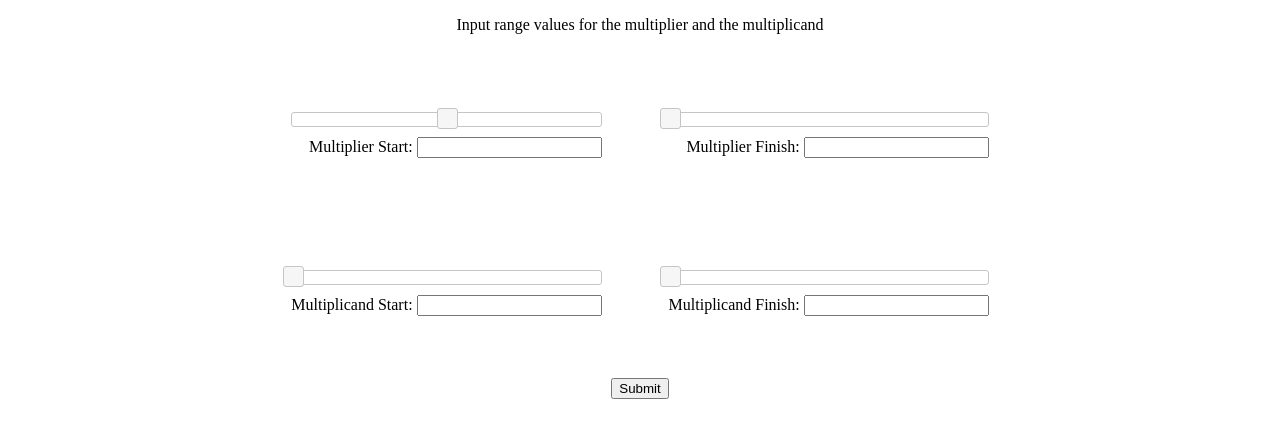
Repository: khrasna/HW4Part2
Page: index.html
An editor plug-in stored every save of this project. The page is shown before and after the next save, followed by the edit.
The browser window is 1280 px wide. The pictures show the whole page.
Some web libraries are served in a nearby version.

Above is the page before, as saved 2021-11-14 19:27:25.

### index.html
<!-- HTML file for Assignment 3
By Karsten Hrasna  email Karsten_Hrasna@student.uml.edu-->
<!DOCTYPE html>
<html>

<head>
    <title>Multiplication Table</title>
    <link rel="stylesheet" href="style.css">
    <script type="text/javascript" src="https://ajax.googleapis.com/ajax/libs/jquery/3.5.1/jquery.min.js"></script>
    <script type="text/javascript" src="dist/jquery.validate.min.js"></script>
    <script type="text/javascript" src="formvalidate.js"></script>
    <script type="text/javascript" src="https://ajax.googleapis.com/ajax/libs/jqueryui/1.11.4/jquery-ui.min.js"></script>
    <link rel="stylesheet" href="https://ajax.googleapis.com/ajax/libs/jqueryui/1.11.4/themes/smoothness/jquery-ui.css">
</head>

<body>
    <p>Input range values for the multiplier and the multiplicand</p>
    <div id="container">
        <!-- Learned from W3schools. Creates a form which takes number ranges for multiplier and multiplicand. -->

        <form id="FormInput" action="javascript:void(0);" method="get"> <!--Learned about javascript:void(0) from Dutchie432 at https://stackoverflow.com/questions/1818249/form-with-no-action-and-where-enter-does-not-reload-page-->
            <table>
                <tr>

                    <td class="pad">
                        <div id="slider-1"></div>
                        Multiplier Start: <input input="text" name="MultiplierStart">
                    </td>

                    <td>
                        <div id="slider-2"></div>
                        Multiplier Finish: <input type="text" name="MultiplierFinish">
                    </td>
                </tr>
                <tr>
                    <td class="pad">
                        <div id="slider-3"></div>
                        Multiplicand Start: <input type="text" name="MultiplicandStart">
                    </td>

                    <td>
                        <div id="slider-4"></div>
                        Multiplicand Finish: <input type="text" name="MultiplicandFinish">
                    </td>
                </tr>
            </table>
            <input type="submit" value="Submit"> <!--goes directly under form and processes the input to create a mult table-->
        </form>
    </div>


</body>

</html>

### style.css
/*Created by Karsten Hrasna. email: Karsten_Hrasna@student.uml.edu*/
html,
body {
    height: 97%;
    text-align: center;
}

#slider-1,
#slider-2,
#slider-3,
#slider-4 {
    margin-bottom: 10px;
    margin-top: 10px;
}

div#container {
    display: grid;
    grid-template-columns: 100%;
    /* top row of grid holds the form for input, the rest of page holds the multiplication table*/
    grid-template-rows: minmax(90px, 15%) auto;
    height: 97%;

}

#multTable {
    margin: auto;
    border-collapse: separate;
    border-spacing: 0;
    grid-row: 2;
    /*the dynamically sized multiplication table */
    margin-top: 0px;
    border-bottom: 0px;

}

input[type=submit] {
    /* submit button under form spaced here */
    margin-top: 10px;
    margin-bottom: 0px;
}

#multTable td,
th {
    border: solid;
    border-color: black;
    min-width: 70px;
    font-size: 30px;
    height: 70px;
}


#multTable th {
    position: sticky;
    top: 0px;
    border-right: solid;
    border-right-color: white;
    border-bottom: solid;
    border-bottom-color: white;
    background-color: black;
    color: white;

}

#multTable th:first-child {
    position: sticky;
    top: 70px;
    left: 0;
}


.sticky {
    position: fixed;
    top: 0px;
    /* get the headers to stay fixed on mult table */
    width: 100%;
}

#multTable tr:first-child th:first-child {
    border: none;
    background-color: white;
}

#multTable p.inputError {
    margin: 0px;
}

form {
    grid-row: 1;
    margin-bottom: 0px;
}

table {
    margin-left: auto;
    margin-right: auto;
}

form td {
    text-align: right;
    justify-content: right;
    padding: 50px;

    /*line up the input form textboxes*/
}

form p {
    margin: 0px;
}

td.pad {
    padding-right: 15px;
}

### formvalidate.js
$(function () {

    $("#slider-1").slider({
        min: -50,
        max: 50,
        slide: function (event, ui) {
            $('input[name="MultiplierStart"]').val(ui.value);
            console.log(ui.value);
            console.log($('input[name="MultiplierStart"]').value);
        }
    });
    $("#slider-2").slider();
    $("#slider-3").slider();
    $("#slider-4").slider();



    $.validator.addMethod("less", function (value, element, params) {
        return this.optional(element) || value <= params[0].value; //checks to make sure that the starts are less than the finishes, learned from
    });                                                           // https://jqueryvalidation.org/jQuery.validator.addMethod/

    var valid = $('input[value="Submit"]').on("click", function () {
        $("#multTable").remove();

        $("#FormInput").validate({
            onkeyup: false,     //this makes it so the validator doesnt update the error messages whenever new input is typed. only validates when submit is hit.
            onfocusout: false,  //learned about onkeyup, and onfocusout at https://www.sitepoint.com/jquery-validation-validate-form-submit/
            rules: {
                MultiplierStart: {
                    digits: true,
                    less: $('input[name="MultiplierFinish"]'),
                    required: true,
                    range: [-50, 50]
                },
                MultiplierFinish: {
                    required: true,
                    digits: true,
                    range: [-50, 50]
                },

                MultiplicandStart: {
                    digits: true,
                    less: $('input[name="MultiplicandFinish"]'),
                    required: true,
                    range: [-50, 50]
                },

                MultiplicandFinish: {
                    digits: true,
                    required: true,
                    range: [-50, 50]
                }
            },

            messages: {
                MultiplierStart: {
                    digits: "Multiplier Start must be a digit",
                    required: "Multiplier Start must be a digit between -50 and 50",
                    range: "The range of Multiplier Start must stay within -50 and 50",
                    less: "The value of Multiplier Start must be less than or equal to Multiplier Finish."
                },

                MultiplierFinish: {
                    digits: "Multiplier Finish must be a digit",
                    required: "Multiplier Finish must be a digit between -50 and 50",
                    range: "The range of Multiplier Finish must stay within -50 and 50",
                },

                MultiplicandStart: {
                    digits: "Multiplicand Start must be a digit",
                    required: "Multiplicand Start must be a digit between -50 and 50",
                    range: "The range of Multiplicand Start must stay within -50 and 50",
                    less: "The value of Multiplicand Start must be less than or equal to Multiplicand Finish."
                },

                MultiplicandFinish: {
                    digits: "Multiplicand Finish must be a digit",
                    required: "Multiplicand Finish must be a digit between -50 and 50",
                    range: "The range of Multiplicand Finish must stay within -50 and 50",
                }
            },

            errorPlacement: function (error, element) {
                $(error).appendTo($(('#FormInput')));
            },
            errorElement: "p"

        });

        if ($("#FormInput").valid()) {
            process();
        }

    });

});

function process() {
    debugger;
    var multStart = $('input[name="MultiplierStart"]').val();
    var multFinish = $('input[name="MultiplierFinish"]').val();
    var multiplicandStart = $('input[name="MultiplicandStart"]').val();
    var multiplicandFinish = $('input[name="MultiplicandFinish"]').val();


    if (document.getElementById("multTable")) { //remove old table
            var old = document.getElementById("multTable");
            old.remove();
    };

     //clear old table and create a table with size based on input given
        const top = [];
        const left = []; //these will hold the values of the multiplier and multiplicand
        var rows = multFinish - multStart;
        var cols = multiplicandFinish - multiplicandStart;
        var d = document.getElementById("container");
        for (var i = 0; i <= rows; i++) {
            left[i] = (+multiplicandStart + +i); //the + before variable name turns them into integers for addition
        }
        for (var i = 0; i <= cols; i++) {
            top[i] = (+multStart + +i);
        }
        var table = createTable(rows, cols, top, left); //create table based on total rows and cols, and top and left are the sets of multipliers and multiplicands
        table.id = "multTable";
        d.append(table);
}

function createTable(rows, cols, top, left) {
    var t = document.createElement('table');
    for (var x = 0; x <= rows + 1; x++) { // rows and cols + 1 to indicate ranges of numbers
        var r = document.createElement('tr');
        t.appendChild(r);
        for (var y = 0; y <= cols + 1; y++) {   //creates the cols of the table row by row
            if (x == 0) {
                var c = document.createElement('th'); //create and insert element based on position in table
                c.id = "topHeader";
                if (y != 0) {
                    c.innerHTML = top[y - 1]; // - 1 because it is moved over 1 to the right
                }
            } else if (y == 0) {
                var c = document.createElement('th');
                if (x != 0) {
                    c.innerHTML = left[x - 1];
                }
            } else {
                var c = document.createElement('td');
                c.innerHTML = top[y - 1] * left[x - 1];
                if (((y % 2) + (x % 2)) == 0 || ((y % 2) + (x % 2)) == 2) { // checker board effect
                    c.style.backgroundColor = "gray";
                }

            }
            r.appendChild(c);
        }
    }

    return t;
}

Loaded but not shown: dist/jquery.validate.min.js (library)

After the next save:
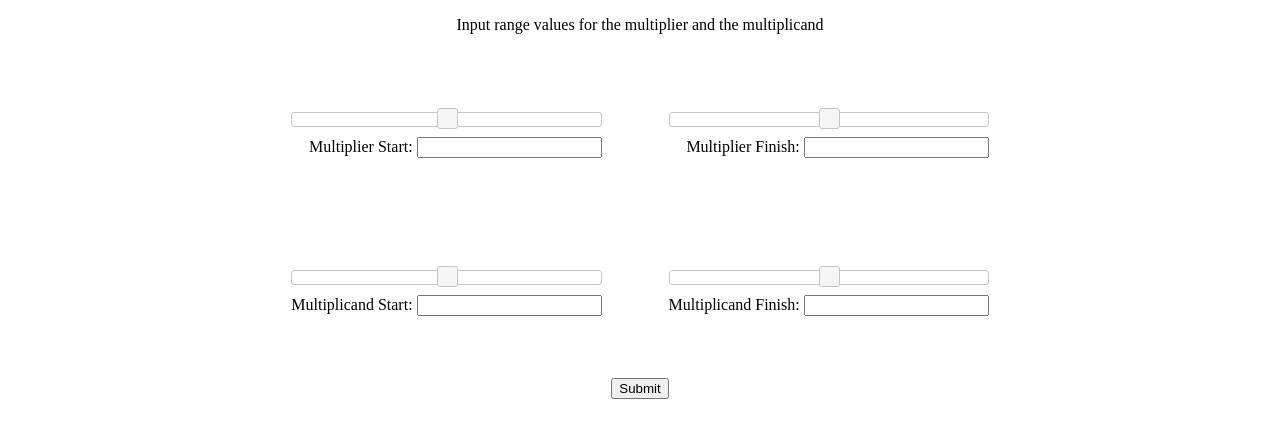
Saved 60 s later.
--- a/formvalidate.js
+++ b/formvalidate.js
@@ -9,9 +9,33 @@ $(function () {
             console.log($('input[name="MultiplierStart"]').value);
         }
     });
-    $("#slider-2").slider();
-    $("#slider-3").slider();
-    $("#slider-4").slider();
+    $("#slider-2").slider({
+        min: -50,
+        max: 50,
+        slide: function (event, ui) {
+            $('input[name="MultiplierFinish"]').val(ui.value);
+            console.log(ui.value);
+            console.log($('input[name="MultiplierFinish"]').value);
+        }
+    });
+    $("#slider-3").slider({
+        min: -50,
+        max: 50,
+        slide: function (event, ui) {
+            $('input[name="MultiplicandStart"]').val(ui.value);
+            console.log(ui.value);
+            console.log($('input[name="MultiplicandStart"]').value);
+        }
+    });
+    $("#slider-4").slider({
+        min: -50,
+        max: 50,
+        slide: function (event, ui) {
+            $('input[name="MultiplicandFinish"]').val(ui.value);
+            console.log(ui.value);
+            console.log($('input[name="MultiplicandFinish"]').value);
+        }
+    });
 
 
 
